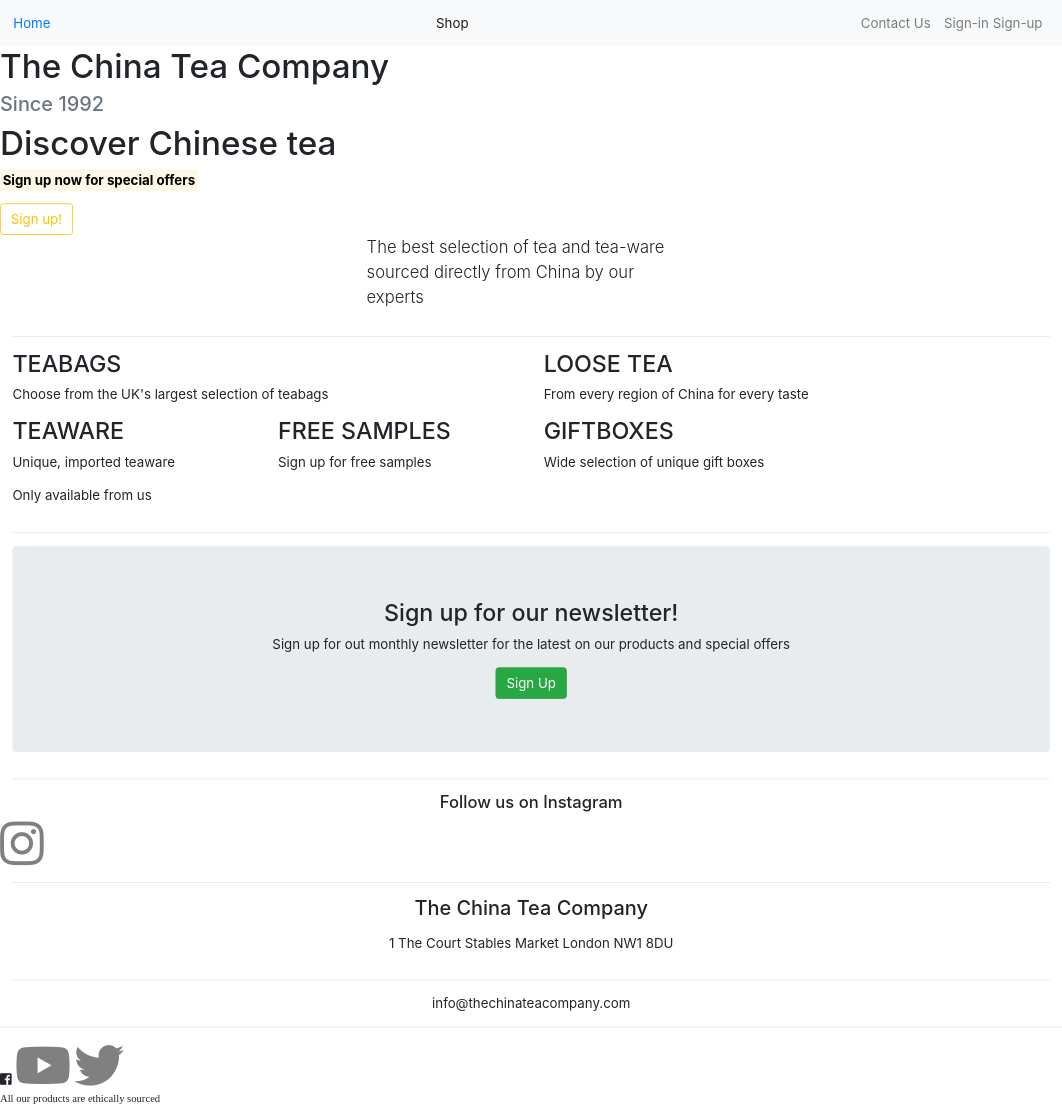
Repository: Code-Institute-Submissions/china-tea
Page: index.html
The author's editor kept a record of every edit. The page is drawn from the files as they stood at one moment, then again after the next edit.
The browser window is 1280 px wide. The pictures show the whole page, at 83% of full size.
Some web libraries are served in a nearby version.

Above is the page before.
Console error: TypeError: Cannot read properties of undefined (reading 'fn')

### index.html
<!DOCTYPE html>
<html lang="en">

<head>
    <meta charset="UTF-8">
    <meta name="viewport" content="width=device-width, initial-scale=1.0">
    <meta http-equiv="X-UA-Compatible" content="ie=edge">
    <link rel="stylesheet" href="https://stackpath.bootstrapcdn.com/bootstrap/4.3.1/css/bootstrap.min.css" integrity="sha384-ggOyR0iXCbMQv3Xipma34MD+dH/1fQ784/j6cY/iJTQUOhcWr7x9JvoRxT2MZw1T" crossorigin="anonymous">
    <script src="https://stackpath.bootstrapcdn.com/bootstrap/4.3.1/js/bootstrap.min.js" integrity="sha384-JjSmVgyd0p3pXB1rRibZUAYoIIy6OrQ6VrjIEaFf/nJGzIxFDsf4x0xIM+B07jRM" crossorigin="anonymous"></script>
  <link rel="stylesheet" href="https://use.fontawesome.com/releases/v5.1.1/css/all.css" integrity="sha384-O8whS3fhG2OnA5Kas0Y9l3cfpmYjapjI0E4theH4iuMD+pLhbf6JI0jIMfYcK3yZ" crossorigin="anonymous">
    <link rel="stylesheet" href="style.css" type="text/css" />
    <title>China Tea Company | Buy specially imported tea, tea-ware and gift boxes</title>
</head>

<body>

    <!----------navbar------>


    <nav class="navbar navbar-light bg-light navbar-expand-sm">
        <a href="/" class="navbar-home">Home</a>


        <ul class="navbar-nav mx-auto">
            <li class="active nav-item "><a class="nav-link" href="/">Shop</a></li>


        </ul>



        <div class="d-none d-md-block">
            <ul class="navbar-nav ml-auto ">

                <li class="nav-item"><a class="nav-link" href="/contact">Contact Us</a></li>
                <li class="nav-item"><a class="nav-link" href="/sign-in">Sign-in Sign-up</a></li>
            </ul>
        </div>

    </nav>

    <!--------------/.navbar------>


    <article class="container-fluid">

        <!----Callout----->

        <div class="row">
            <section class="callout">
                <h1>The China Tea Company</h1>
                <h4 class="text-muted">Since 1992</h4>
        </div>
        <div class="row">
            <h1>Discover Chinese tea</h1>
        </div>

        <div class="row">
            <p><strong><mark>Sign up now for special offers</strong></mark>
            </p>
        </div>
        <div class="row">
            <button type="button" class="btn btn-outline-warning">Sign up!</button>
        </div>
        </div>

        <div class="row">
            <div class="col-12 col-sm-4">
            </div>
            <div class="col-12 col-sm-4">

                <p class="lead">The best selection of tea and tea-ware sourced directly from China by our experts</p>
            </div>
            <div class="col-12 col-sm-4">
            </div>
        </div>
        </section>

        <hr>

        <!----/.Callout----->

        <!-----Purchase------>

        <section class="purchases">
            <div class="row">
                <div class="col-12 col-sm-6">
                    <div class="teabags">
                        <h3 class="text-uppercase">Teabags </h3>
                        <p>Choose from the UK's largest selection of teabags</p>
                    </div>
                </div>
                <div class="col-12 col-sm-6">
                    <div class="loosetea">
                        <h3 class="text-uppercase">Loose Tea</h3>
                        <p>From every region of China for every taste</p>
                    </div>
                </div>
            </div>





            <div class="row">
                <div class="col-12 col-sm-3">
                    <div class="teaware">
                        <h3 class="text-uppercase">Teaware</h3>
                        <p>Unique, imported teaware</p>
                        <p>Only available from us</p>
                    </div>
                </div>
                <div class="col-12 col-sm-3">
                    <div class="freesamples">
                        <h3 class="text-uppercase">Free Samples</h3>
                        <p>Sign up for free samples</p>
                    </div>
                </div>
                <div class="col-12 col-sm-3">

                    <div class="giftboxes">
                        <h3 class="text-uppercase">Giftboxes</h3>
                        <p>Wide selection of unique gift boxes</p>
                    </div>
                </div>
            </div>

        </section>

        <hr>

        <!-----/.purchase------->

        <!------newsletter jumbotron----->

        <section class="newsletter jumbotron text-center">

            <h3>Sign up for our newsletter!</h3>
            <p class="d-none d-sm-block">Sign up for out monthly newsletter for the latest on our products and special offers</p>

            <button type="button" class="btn btn-success">Sign Up</button>



        </section>

        <!-------/.newsletter jumbotron----->

        <!------Instagram------>
        <hr>
        <section class="instagram">
            <div class="row">
                <div class="col-12">
                    <h5>
                        <center>Follow us on Instagram</center>
                    </h5>

                </div>

            </div>
            <div class="row">
                <i class="fab fa-instagram" style="font-size:60px;color:grey;"></i>
            </div>
        </section>
        <hr>
        <!------/.Instagram------>

        <!------address------>

        <section class="address">
            <div class="row">
                <div class="col-12 col-sm-4">
                </div>
                <div class="col-12 col-sm-4">
                    <h4>
                        <center>The China Tea Company</center>
                    </h4>
                    <p>
                        <center>1 The Court Stables Market London NW1 8DU</center>
                    </p>
                </div>
                <div class="col-12 col-sm-4">

                </div>

            </div>

        </section>


        <!------/.address------>
        <hr>

        <p>
            <center>info@thechinateacompany.com</center>
        </p>

        </section>




    </article>

    <hr>

    <!-------footer----->

    <i class="fab fa-facebook-square" style="font-size=60px; color:grey:"</i>
<i class="fab fa-youtube" style="font-size:60px;color:grey;"></i>
<i class="fab fa-twitter" style="font-size:60px;color:grey;"></i>
    <p><small>All our products are ethically sourced</small></p>

    <!-------/.footer---->

</body>

</html>

Loaded but not shown: style.css (empty)

After the next edit:
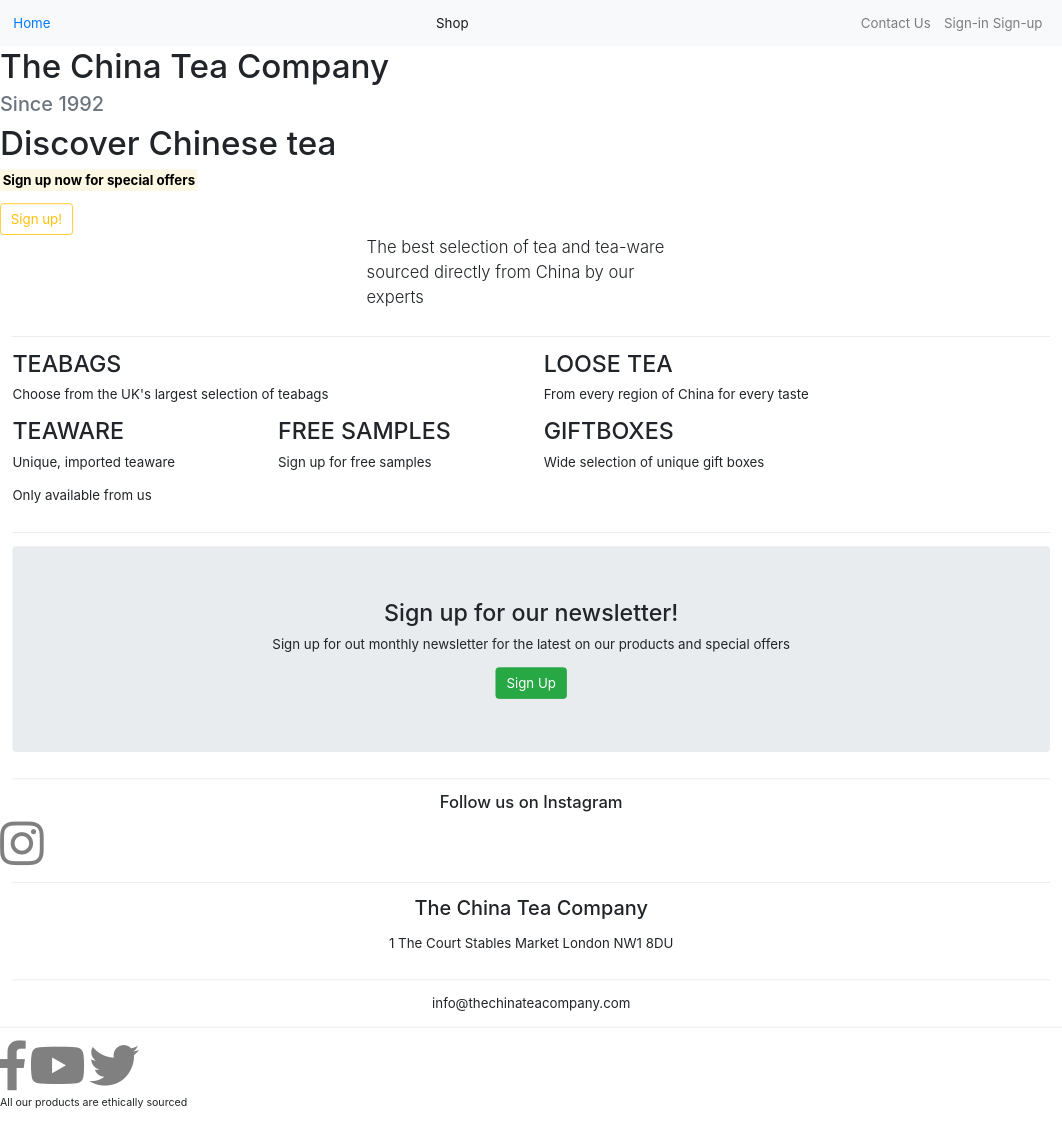
The edit:
--- a/index.html
+++ b/index.html
@@ -206,7 +206,7 @@
 
     <!-------footer----->
 
-    <i class="fab fa-facebook-square" style="font-size=60px; color:grey:"</i>
+ <i class="fab fa-facebook-f" style="font-size:60px;color:grey;"></i>
 <i class="fab fa-youtube" style="font-size:60px;color:grey;"></i>
 <i class="fab fa-twitter" style="font-size:60px;color:grey;"></i>
     <p><small>All our products are ethically sourced</small></p>
